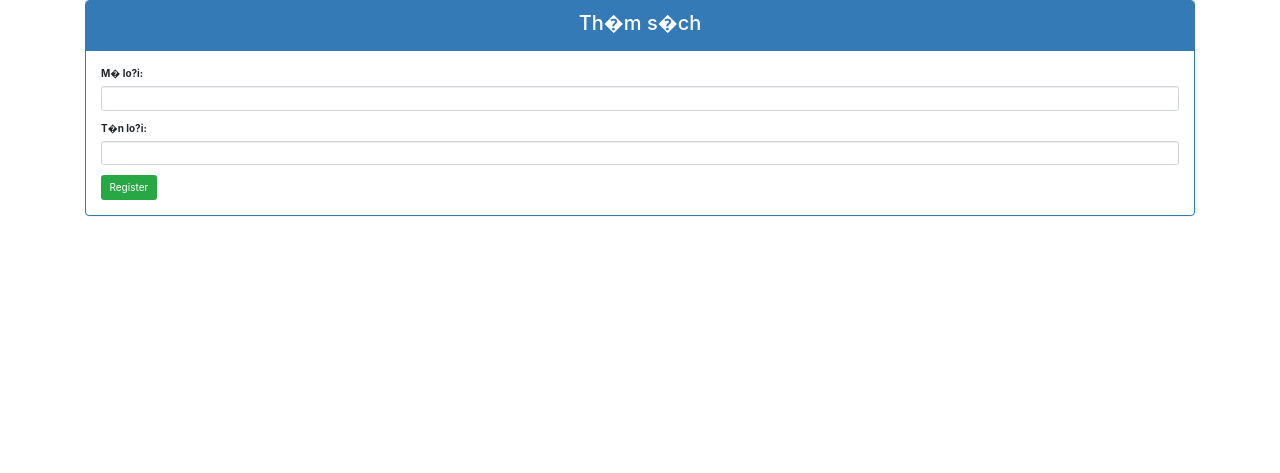
Repository: jehjery/trang-ban-sach
Page: http://localhost/test1/webapp/ThemLoai.jsp
An editor plug-in stored every save of this project. The page is shown before and after the next save, followed by the edit.
The browser window is 1280 px wide. The pictures show the whole page.
The page is served by Tomcat 9.

Above is the page before, as saved 2022-12-06 23:48:25.

After the next save:
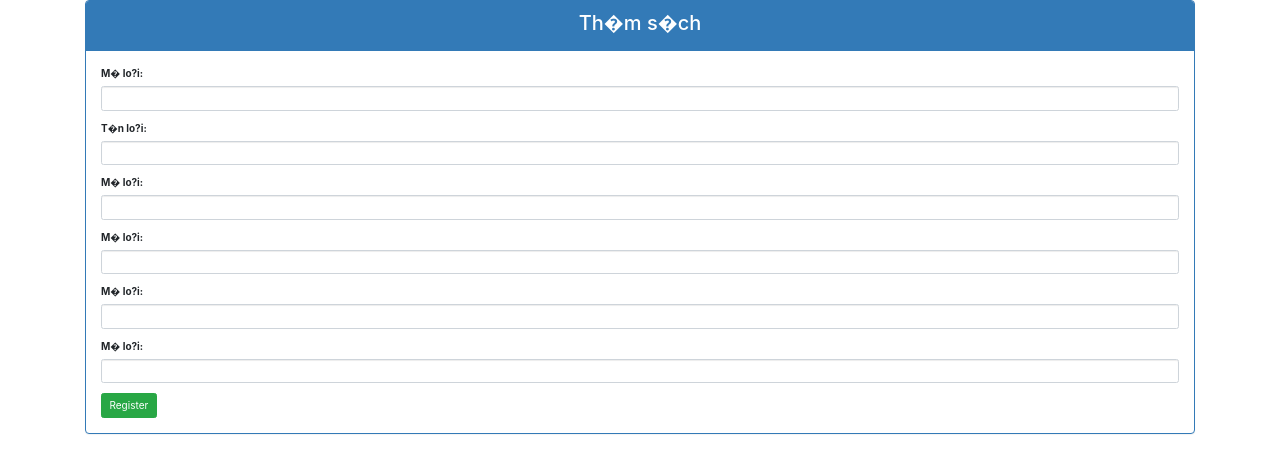
Saved 80 s later.
--- a/test1/src/main/webapp/webapp/ThemLoai.jsp
+++ b/test1/src/main/webapp/webapp/ThemLoai.jsp
@@ -50,6 +50,31 @@
 				  <input <%if(loai.getTenloai()!=null){%>value="<%=loai.getTenloai()%>" <%}	 %>
 				  name= "Tenloai" required="true" type="text" class="form-control" id="usr">
 				</div>
+				<div class="form-group">
+				  <label for="usr">Mã loại:</label>
+				  <input <%if(loai.getMaloai()!=null){%>value="<%=loai.getMaloai()%>" <%}	 %>
+				  name= "maloai" required="true" type="text" class="form-control" id="usr">
+				</div>
+
+				<div class="form-group">
+				  <label for="usr">Mã loại:</label>
+				  <input <%if(loai.getMaloai()!=null){%>value="<%=loai.getMaloai()%>" <%}	 %>
+				  name= "maloai" required="true" type="text" class="form-control" id="usr">
+				</div>
+
+				<div class="form-group">
+				  <label for="usr">Mã loại:</label>
+				  <input <%if(loai.getMaloai()!=null){%>value="<%=loai.getMaloai()%>" <%}	 %>
+				  name= "maloai" required="true" type="text" class="form-control" id="usr">
+				</div>
+
+				<div class="form-group">
+				  <label for="usr">Mã loại:</label>
+				  <input <%if(loai.getMaloai()!=null){%>value="<%=loai.getMaloai()%>" <%}	 %>
+				  name= "maloai" required="true" type="text" class="form-control" id="usr">
+				</div>
+
+
 
 
 

After the save that followed:
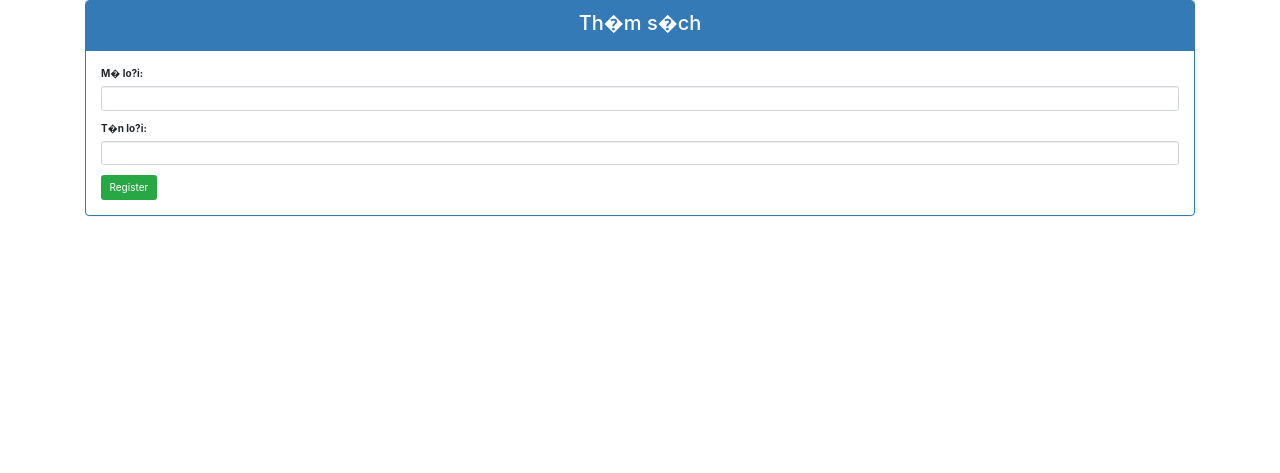
Saved 41 s later.
--- a/test1/src/main/webapp/webapp/ThemLoai.jsp
+++ b/test1/src/main/webapp/webapp/ThemLoai.jsp
@@ -50,31 +50,6 @@
 				  <input <%if(loai.getTenloai()!=null){%>value="<%=loai.getTenloai()%>" <%}	 %>
 				  name= "Tenloai" required="true" type="text" class="form-control" id="usr">
 				</div>
-				<div class="form-group">
-				  <label for="usr">Mã loại:</label>
-				  <input <%if(loai.getMaloai()!=null){%>value="<%=loai.getMaloai()%>" <%}	 %>
-				  name= "maloai" required="true" type="text" class="form-control" id="usr">
-				</div>
-
-				<div class="form-group">
-				  <label for="usr">Mã loại:</label>
-				  <input <%if(loai.getMaloai()!=null){%>value="<%=loai.getMaloai()%>" <%}	 %>
-				  name= "maloai" required="true" type="text" class="form-control" id="usr">
-				</div>
-
-				<div class="form-group">
-				  <label for="usr">Mã loại:</label>
-				  <input <%if(loai.getMaloai()!=null){%>value="<%=loai.getMaloai()%>" <%}	 %>
-				  name= "maloai" required="true" type="text" class="form-control" id="usr">
-				</div>
-
-				<div class="form-group">
-				  <label for="usr">Mã loại:</label>
-				  <input <%if(loai.getMaloai()!=null){%>value="<%=loai.getMaloai()%>" <%}	 %>
-				  name= "maloai" required="true" type="text" class="form-control" id="usr">
-				</div>
-
-
 
 
 
